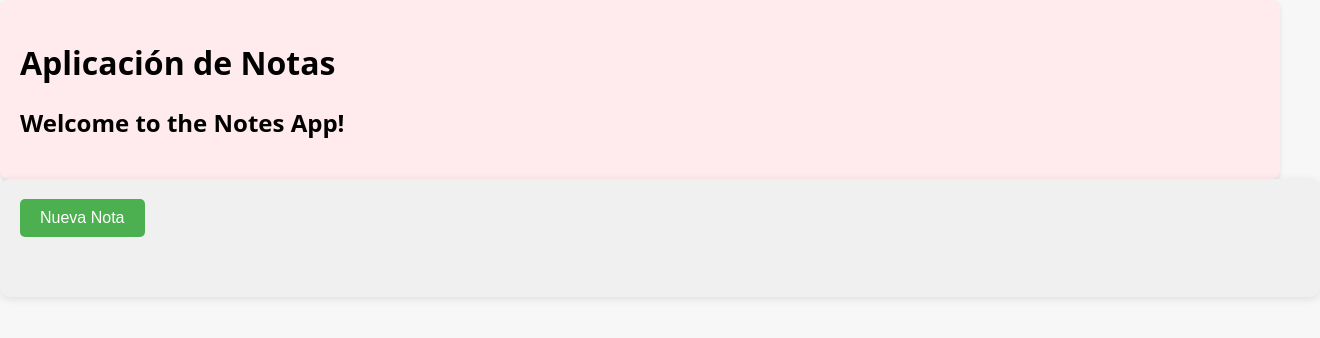
Repository: xunxuno/aplicacion_web_notas
Page: / (app in notas_web_app/)
The author's editor kept a copy of each file at every save. The page is drawn from the files as they stood at one save, then again after the next save.
The browser window is 1280 px wide. The page is 1320 px wide, so the pictures cover 1320 px, including what lies to the right of the window. The pictures show the whole page.
The project was rebuilt for these pictures with package versions that can differ from the ones it lists, and the page was loaded fresh each time. Also part of the build but not shown: notas_web_app/vite.config.ts, notas_web_app/src/components/Note.tsx, notas_web_app/src/components/NoteCollection.tsx, notas_web_app/src/components/NoteModal.tsx.

Above is the page before, as saved 2024-10-02 16:02:38.

### notas_web_app/src/main.tsx
import React from 'react';
import ReactDOM from 'react-dom/client'; // Cambiado a ReactDOM para el nuevo root API
import App from './App';
import { NotesProvider } from './contexts/NotesContext';
import './styles.css';

ReactDOM.createRoot(document.getElementById('root')!).render(
  <React.StrictMode>
    <NotesProvider>
      <App />
    </NotesProvider>
  </React.StrictMode>,
);

### notas_web_app/src/App.tsx
// src/App.tsx
import React, { useState, useContext, useEffect } from 'react';
import { NotesProvider, NotesContext } from './contexts/NotesContext';
import NoteCollection from './components/NoteCollection';
import NoteModal from './components/NoteModal';
import './styles.css';
import AppBar from './components/AppBar';

interface Note {
  id: string;
  title: string;
  content: string;
  collectionId: string;
}

interface NoteCollectionInterface {
  id: string;
  notes: Note[];
}

const App: React.FC = () => {
  const [isModalOpen, setModalOpen] = useState(false);
  const [activeCollectionId, setActiveCollectionId] = useState<string | null>(null);
  const { state, dispatch } = useContext(NotesContext);

  useEffect(() => {
    console.log("Actualización de colecciones:");
    state.collections.forEach((collection: NoteCollectionInterface) => {
      console.log(`Notas en la colección ${collection.id}:`);
      collection.notes.forEach((n: Note) => {
        console.log(`Nota ID: ${n.id}, Título: ${n.title}, Contenido: ${n.content}`);
      });
    });
  }, [state.collections]);

  const handleAddNote = (note: Omit<Note, 'id'>) => {
    const collectionIdToUse = state.nextCollectionId.toString();

    dispatch({
      type: 'ADD_NOTE',
      payload: { collectionId: collectionIdToUse, note },
    });

    setModalOpen(false);
  };



  const handleOpenModal = () => {
    if (state.collections.length === 0) {
      setActiveCollectionId(null);
    } else {
      // Asigna automáticamente el ID de la primera colección disponible
      setActiveCollectionId(state.collections[0].id);
    }
    setModalOpen(true);
  };


  return (
    <NotesProvider>
      <AppBar />
      <div className="app-container">


      <div className="button-container"> {/* Contenedor para el botón */}
        <button className="add-note-button" onClick={handleOpenModal}>
          Nueva Nota
        </button>
      </div>

        <div className="collections-container">
          {state.collections.map((collection: NoteCollectionInterface) => (
            <NoteCollection
              key={collection.id}
              collection={collection}
              onNoteClick={(noteId) => {
                console.log("Nota ID:", noteId);
              }}
              onCollectionClick={() => setActiveCollectionId(collection.id)} // Establece correctamente el ID de la colección activa
              onNoteMove={(noteId, targetCollectionId) => {
                dispatch({ type: 'MOVE_NOTE', payload: { noteId, targetCollectionId } });
              }}
              onDelete={(noteId) => {
                dispatch({ type: 'DELETE_NOTE', payload: { noteId } });
              }}
            />
          ))}
        </div>

        {isModalOpen && (
          <NoteModal
            onClose={() => setModalOpen(false)}
            onAddNote={handleAddNote}
            activeCollectionId={activeCollectionId!}
          />
        )}
      </div>
    </NotesProvider>
  );
};

export default App;

### notas_web_app/src/contexts/NotesContext.tsx
import React, { createContext, useReducer, ReactNode } from 'react';

interface Note {
  id: string;
  title: string;
  content: string;
}


interface NoteCollectionInterface {
  id: string; // ID de la colección, generado de manera secuencial
  notes: Note[]; // Lista de notas en la colección
}

interface NotesState {
  collections: NoteCollectionInterface[];
  nextNoteId: number; // Para los IDs de las notas
  nextCollectionId: number; // Para los IDs de las colecciones
}



interface AddNoteAction {
  type: 'ADD_NOTE';
  payload: {
    collectionId: string;
    note: Note;
  };
}

interface DeleteNoteAction {
  type: 'DELETE_NOTE';
  payload: {
    collectionId: string;
    noteId: string;
  };
}

interface MoveNoteAction {
  type: 'MOVE_NOTE';
  payload: {
    noteId: string;
    targetCollectionId: string;
  };
}
type NotesAction = AddNoteAction | DeleteNoteAction | MoveNoteAction;

const initialState: NotesState = {
  collections: [],
  nextNoteId: 1, // Empieza desde 1 para el ID de notas
  nextCollectionId: 1, // Empieza desde 1 para el ID de colecciones
};



const NotesContext = createContext<any>(null);

// Reducer para manejar las acciones
const notesReducer = (state: NotesState, action: NotesAction): NotesState => {
  switch (action.type) {
    case 'ADD_NOTE':
      const newNoteId = state.nextNoteId; // ID de la nueva nota
      const collectionId = action.payload.collectionId || state.nextCollectionId.toString();

      // Verificar si la colección ya existe
      const collectionExists = state.collections.some(collection => collection.id === collectionId);

      const updatedCollections = collectionExists
        ? state.collections.map(collection => {
            if (collection.id === collectionId) {
              const newNote = {
                ...action.payload.note,
                id: newNoteId.toString(), // Asigna el nuevo ID a la nota
              };
              return {
                ...collection,
                notes: [...collection.notes, newNote],
              };
            }
            return collection;
          })
        : [
            ...state.collections,
            {
              id: state.nextCollectionId.toString(), // Crea una nueva colección con ID secuencial
              notes: [
                {
                  ...action.payload.note,
                  id: newNoteId.toString(), // Asigna el nuevo ID a la nota
                  collectionId: state.nextCollectionId.toString(), // Asigna el ID de colección a la nota
                },
              ],
            },
          ];

      return {
        ...state,
        collections: updatedCollections,
        nextNoteId: state.nextNoteId + 1, // Incrementa el ID de la nota
        nextCollectionId: state.nextCollectionId + 1, // Incrementa el ID de la colección para la próxima
      };
    case 'DELETE_NOTE':
      return {
        ...state,
        collections: state.collections.map(collection => ({
          ...collection,
          notes: collection.notes.filter(note => note.id !== action.payload.noteId),
        })),
      };
    case 'MOVE_NOTE':
      const { noteId, targetCollectionId } = action.payload;
      const sourceCollection = state.collections.find((collection) =>
        collection.notes.some((note) => note.id === noteId)
      );
      if (!sourceCollection) return state;

      const noteToMove = sourceCollection.notes.find((note) => note.id === noteId);
      if (!noteToMove) return state;

      return {
        ...state,
        collections: state.collections.map((collection) => {
          if (collection.id === sourceCollection.id) {
            return {
              ...collection,
              notes: collection.notes.filter((note) => note.id !== noteId),
            };
          } else if (collection.id === targetCollectionId) {
            return {
              ...collection,
              notes: [...collection.notes, noteToMove],
            };
          } else {
            return collection;
          }
        }),
      };
    default:
      return state;
  }
};


// Proveedor del contexto con soporte para 'children'
interface NotesProviderProps {
  children: ReactNode; // Definir el tipo de la prop 'children'
}

const NotesProvider: React.FC<NotesProviderProps> = ({ children }) => {
  const [state, dispatch] = useReducer(notesReducer, initialState);

  return (
    <NotesContext.Provider value={{ state, dispatch }}>
      {children}
    </NotesContext.Provider>
  );
};

export { NotesContext, NotesProvider, notesReducer };

### notas_web_app/src/styles.css
body {
    font-family: 'Noto Sans', sans-serif;
    background-color: #f7f7f7;
    margin: 0;
    padding: 0;
    color: #000;
  }


/* Estilo para el contenedor principal de la aplicación */
.app-container {
  width: 100%; /* Ancho máximo */
  margin: 0 auto; /* Centrar el contenedor */
  padding: 20px; /* Espaciado interno */
  background-color: #f0f0f0; /* Color de fondo claro */
  border-radius: 10px; /* Bordes redondeados */
  box-shadow: 0 2px 10px rgba(0, 0, 0, 0.1); /* Sombra sutil */
}

/* Estilo para el botón de agregar nota */
.add-note-button {
  background-color: #4CAF50; /* Color de fondo verde */
  color: white; /* Color del texto */
  padding: 10px 20px; /* Espaciado interno */
  border: none; /* Sin borde */
  border-radius: 5px; /* Bordes redondeados */
  cursor: pointer; /* Cambia el cursor al pasar sobre el botón */
  margin-bottom: 20px; /* Espacio debajo del botón */
  font-size: 16px; /* Tamaño de fuente */
  transition: background-color 0.3s; /* Transición para el color de fondo */
  margin-left: auto; /* Empuja el botón a la derecha */
}

/* Efecto hover para el botón de agregar nota */
.add-note-button:hover {
  background-color: #45a049; /* Color de fondo más oscuro al pasar el mouse */
}

/* Estilo para el contenedor de colecciones */
.collections-container {
  width: 100%;
  display: flex; /* Usar flexbox para una mejor organización */
  flex-direction: column; /* Organizar en columnas */
  margin-top: 20px;
}

### notas_web_app/src/components/AppBar.tsx
// AppBar.tsx
import React from 'react';

const AppBar: React.FC = () => {
  const appBarStyle = {
    backgroundColor: '#ffebee', // Color pastel
    borderRadius: '8px',
    margin: '0',
    padding: '20px',
    boxShadow: '0 2px 4px rgba(0, 0, 0, 0.1)', // Agregar sombra para mayor profundidad
  };

  return (
    <div style={appBarStyle}>
      <h1>Aplicación de Notas</h1>
      <h2>Welcome to the Notes App!</h2>
    </div>
  );
};

export default AppBar;

Loaded but not shown: notas_web_app/index.html (common file)

After the next save:
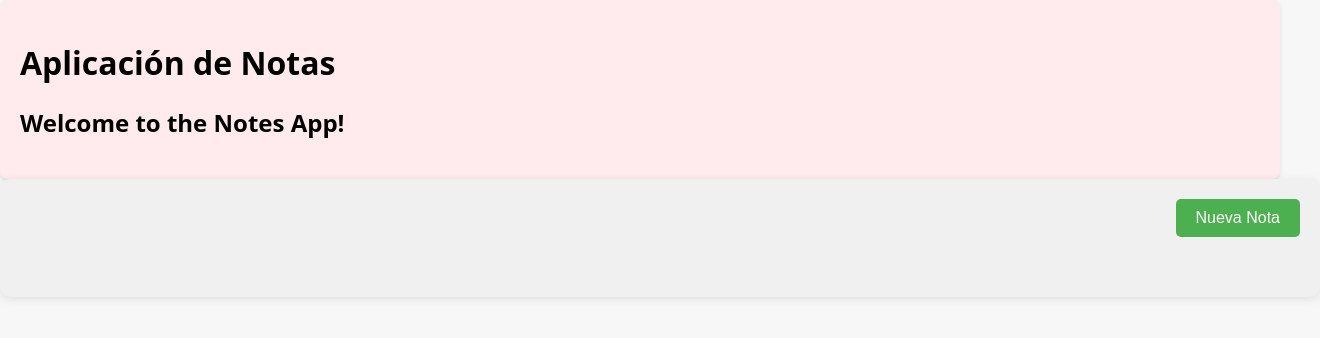
Saved 38 s later.
--- a/notas_web_app/src/styles.css
+++ b/notas_web_app/src/styles.css
@@ -43,3 +43,9 @@ body {
   flex-direction: column; /* Organizar en columnas */
   margin-top: 20px;
 }
+
+.button-container {
+  display: flex; /* Usar flexbox para alinear los elementos */
+  justify-content: flex-end; /* Alinear los elementos al final (derecha) */
+  margin-bottom: 20px; /* Margen inferior para separar del siguiente elemento */
+}
